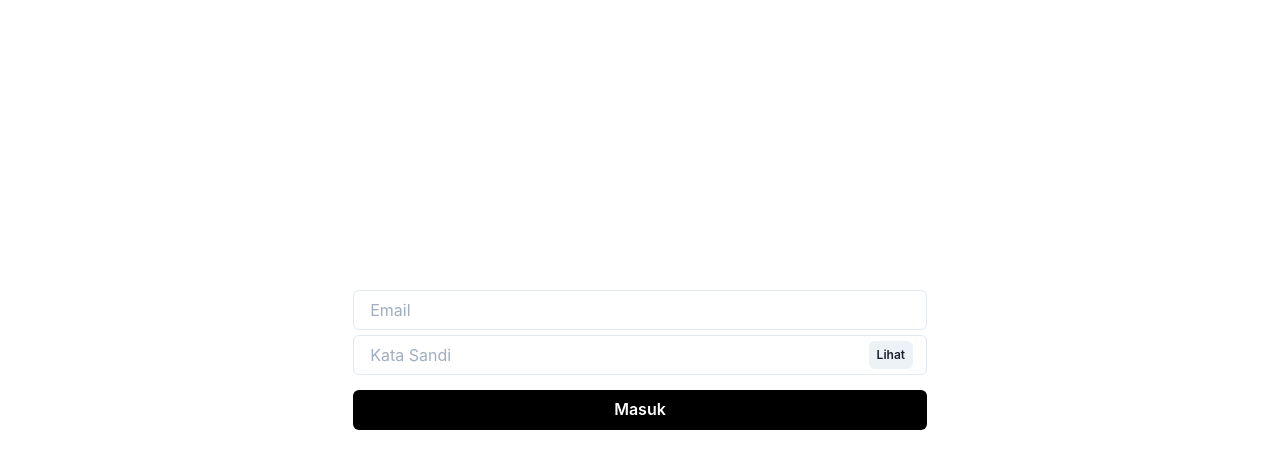
Repository: haileykwen/hanskering
Page: /
These files come from the project's save history. The page is drawn as it stood at one moment and after the next save; the edit follows.
The browser window is 1280 px wide. The pictures show the whole page.
The project was rebuilt for these pictures with package versions that can differ from the ones it lists, and the page was loaded fresh each time. Also part of the build but not shown: src/App.css, src/pages/Signup/index.js.

Above is the page before, as saved 2021-12-10 11:10:46.

After the next save:
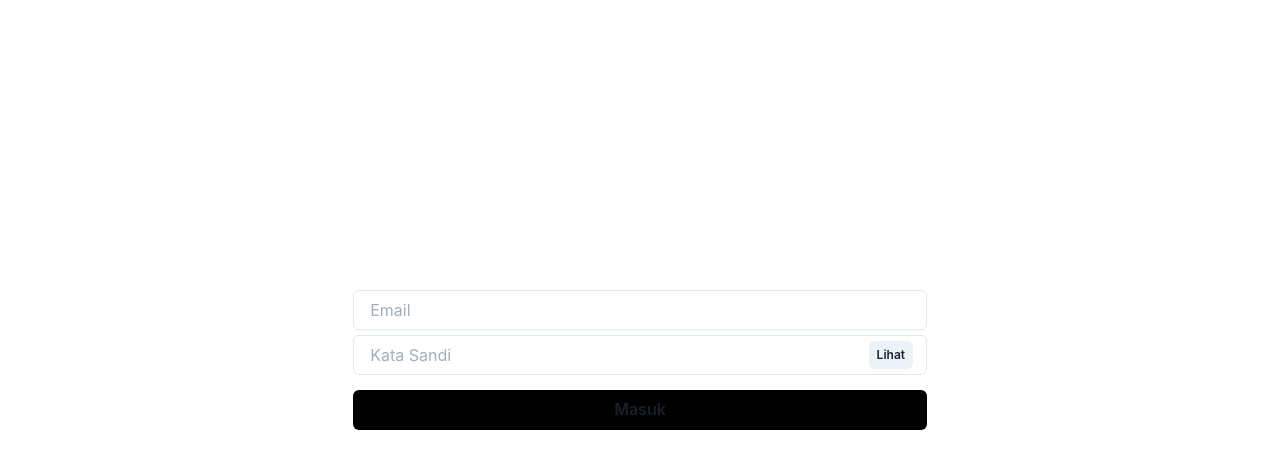
Saved 68 s later.
--- a/src/pages/Signin/index.js
+++ b/src/pages/Signin/index.js
@@ -26,7 +26,6 @@
             <Button
                 isLoading={false}
                 loadingText='Submitting'
-                colorScheme='teal'
                 marginTop="15px"
                 width="100%"
                 backgroundColor="black"

After the save that followed:
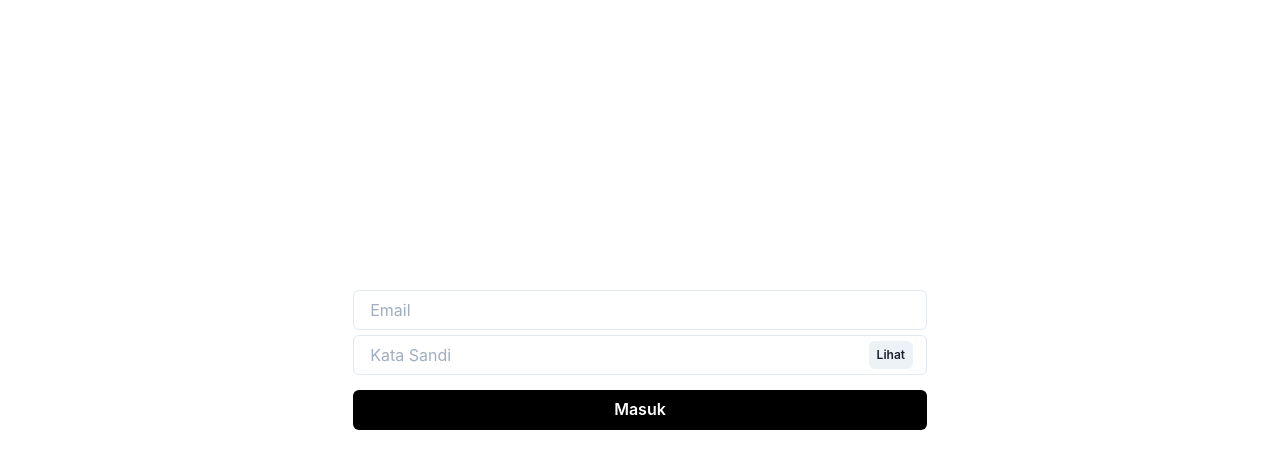
Saved 27 s later.
--- a/src/pages/Signin/index.js
+++ b/src/pages/Signin/index.js
@@ -31,6 +31,7 @@
                 backgroundColor="black"
                 transition="0.3s"
                 outline="0"
+                color="white"
                 _hover={{backgroundColor: "white", color: "black", border: "2px solid black", transition: "0.3s", borderColor:"black"}}
                 _focus={{boxShadow: "none"}}
             >
